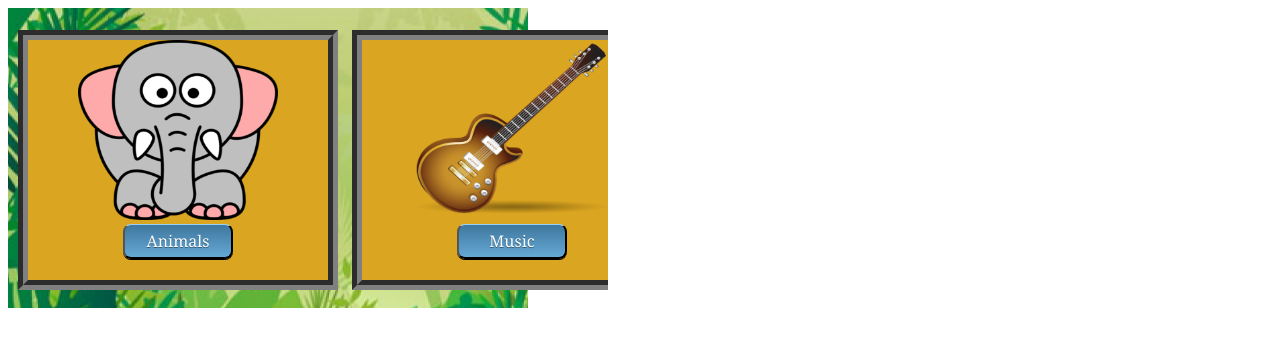
Repository: RathipriyaChandrasekaran/dotlite
Page: ConnectDots/menupage.html
An editor plug-in stored every save of this project. The page is shown before and after the next save, followed by the edit.
The browser window is 1280 px wide. The pictures show the whole page.

Above is the page before, as saved 2014-12-15 03:09:00.

### ConnectDots/menupage.html
<!DOCTYPE html>
<html>
<head>
     <meta charset="utf-8" />
     <meta name="viewport" content="width=device-width, initial-scale=1.0, maximum-scale=1.0">
     <link rel="stylesheet" type="text/css" href="css/menupage.css"/>
     <script src="js/main.js"></script>
</head>
<body>

 <div id="scroll" class="scope" >

   <div id="filmstrip" class="filmstrip" style= "width:1005px !important;">
    <div id="animallearning" class="scrollable" onclick="animalpage()">
     <img src="images/elephants.png"></img>
     <button class="button" style="width:110px !important;" >Animals</button>
    </div>
    <div id="musiclearning" class="scrollable">
     <img src="images/guitar.png"></img>
     <button class="button" style="width:110px !important;" >Music</button>

    </div>
    <div id="fruitslearning" class="scrollable">
     <img src="images/fruits.png" ></img>
     <button class="button" style="width:110px !important;">Fruits</button>

    </div>

   </div>
 </div>
 <canvas id="canvas" width="520px" height="300px"> </canvas>

 <script>
 var points=new Array();
 var canvas = document.getElementById('canvas');
 var context = canvas.getContext('2d');
 var height = 300;
 var width = 520;

 context.beginPath();
 context.rect(1, 1, width, height);
 context.fill();
 context.lineWidth = 1;
 context.strokeStyle = 'black';
 context.stroke();

 function loadCanvas(dataURL, _cb) {

     // load image from data url
     var imageObj = new Image();
     imageObj.onload = function() {
         var imgWidth = this.width;
         var imgHeight = this.height;
         var posX = (width - imgWidth)/2;
         var posY = (height - imgHeight)/2;
         context.drawImage(this, -5, posY + 10);
         if (_cb) _cb();
     };

     imageObj.src = dataURL;
 }

loadCanvas("images/jungle.png", function() {

});

function animalpage(){
	window.location.href="animals.html";
}


 </script>
</body>
</html>

### ConnectDots/css/menupage.css
.scope{
     position: absolute;
     top: 30px;
     width:600px;
     overflow-x:scroll;
     overflow-y:hidden;
   }

.scrollable{
      cursor: pointer;
      background-color: #DAA520;
      width: 500px;
      height: 240px;
      position: relative;
      border: 10px solid grey;
      border-style: groove;
    }


.filmstrip>div {
  width:300px !important;
  display:inline-block;
  text-align:center;
  margin-left: 10px;
}

img{
	position: center;
	top:15px;
	width:200px;
	height: 180px;
}

 #homebutton{
	 width:50px;
	 height:50px;
}
.button {
   border-top: 1px solid #96d1f8;
   background: #D2691E;
   background: -webkit-gradient(linear, left top, left bottom, from(#3e779d), to(#65a9d7));
   background: -webkit-linear-gradient(top, #3e779d, #65a9d7);
   background: -moz-linear-gradient(top, #3e779d, #65a9d7);
   background: -ms-linear-gradient(top, #3e779d, #65a9d7);
   background: -o-linear-gradient(top, #3e779d, #65a9d7);
   padding: 5px 10px;
   -webkit-border-radius: 8px;
   -moz-border-radius: 8px;
   border-radius: 8px;
   -webkit-box-shadow: rgba(0,0,0,1) 0 1px 0;
   -moz-box-shadow: rgba(0,0,0,1) 0 1px 0;
   box-shadow: rgba(0,0,0,1) 0 1px 0;
   text-shadow: rgba(0,0,0,.4) 0 1px 0;
   color: white;
   font-size: 16px;
   font-family: Georgia, serif;
   text-decoration: none;
   vertical-align: middle;
   }
.button:hover {
   border-top-color: #28597a;
   background: #28597a;
   color: #ccc;
   }
.button:active {
   border-top-color: #1b435e;
   background: #D2691E;
   }

### ConnectDots/js/main.js
var startTime;
var checkTime;

//Initialize function
var init = function () {
	// TODO:: Do your initialization job
	console.log("init() called");

	// add eventListener for tizenhwkey
	document.addEventListener('tizenhwkey', function(e) {
		if(e.keyName == "back") {
			try {
				tizen.application.getCurrentApplication().exit();
			} catch (error) {
				console.error("getCurrentApplication(): " + error.message);
			}
		}
	});
};
// window.onload can work without <body onload="">
window.onload = init;

function startTime() {
	var today = new Date();
	var h = today.getHours();

	var m = today.getMinutes();
	var s = today.getSeconds();
	m = checkTime(m);
	s = checkTime(s);
	document.getElementById('divbutton1').innerHTML="Current time: " + h + ":" + m + ":" + s;
	var t = setTimeout(startTime, 250);
}

function checkTime(i) {
	if (i < 10) {
		i="0" + i;
	}
	return i;
}

After the next save:
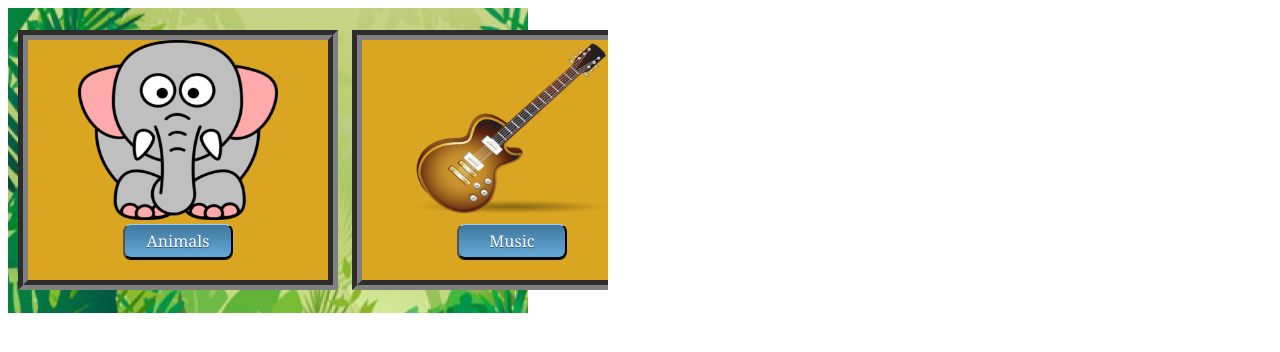
Saved 11 s later.
--- a/ConnectDots/menupage.html
+++ b/ConnectDots/menupage.html
@@ -28,7 +28,7 @@
 
    </div>
  </div>
- <canvas id="canvas" width="520px" height="300px"> </canvas>
+ <canvas id="canvas" width="520px" height="305px"> </canvas>
 
  <script>
  var points=new Array();
